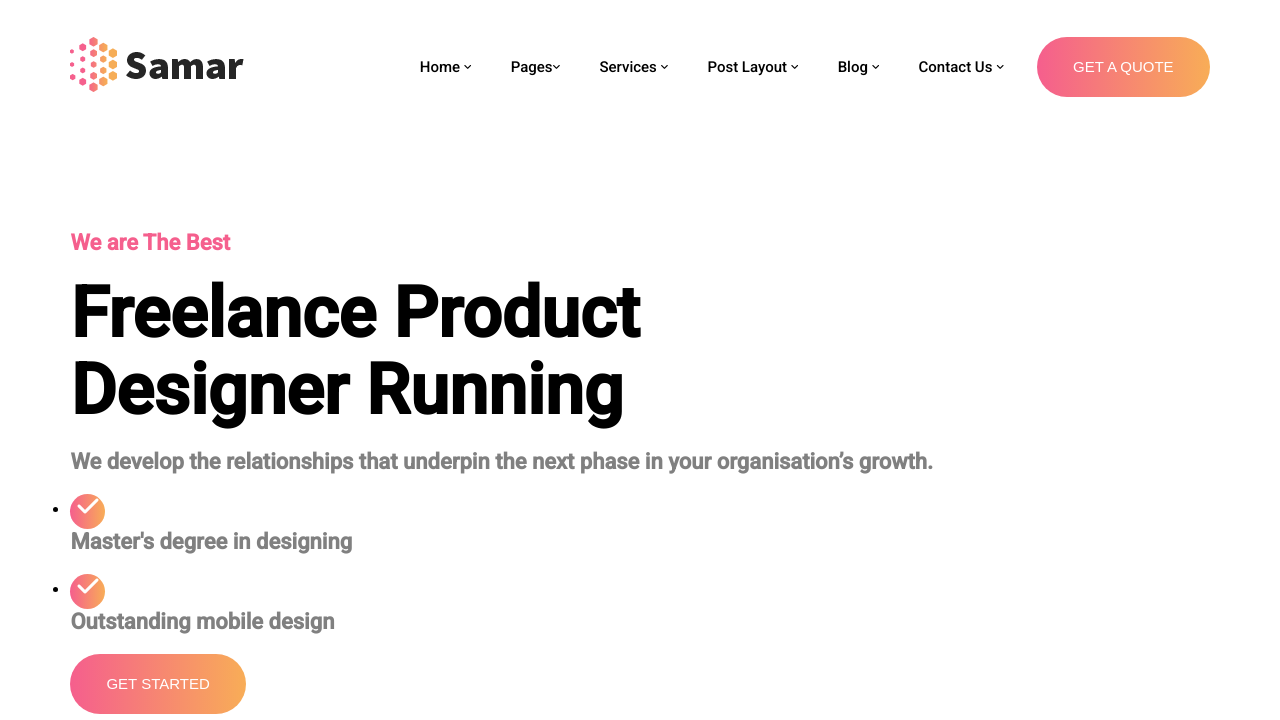
Repository: truongcongtrung2709/truongcongtrung__samar
Page: index.html
An editor plug-in stored every save of this project. The page is shown before and after the next save, followed by the edit.
The browser window is 1280 px wide. The pictures show the whole page.
Some web libraries are served in a nearby version.

Above is the page before, as saved 2022-06-22 21:15:00.

After the next save:
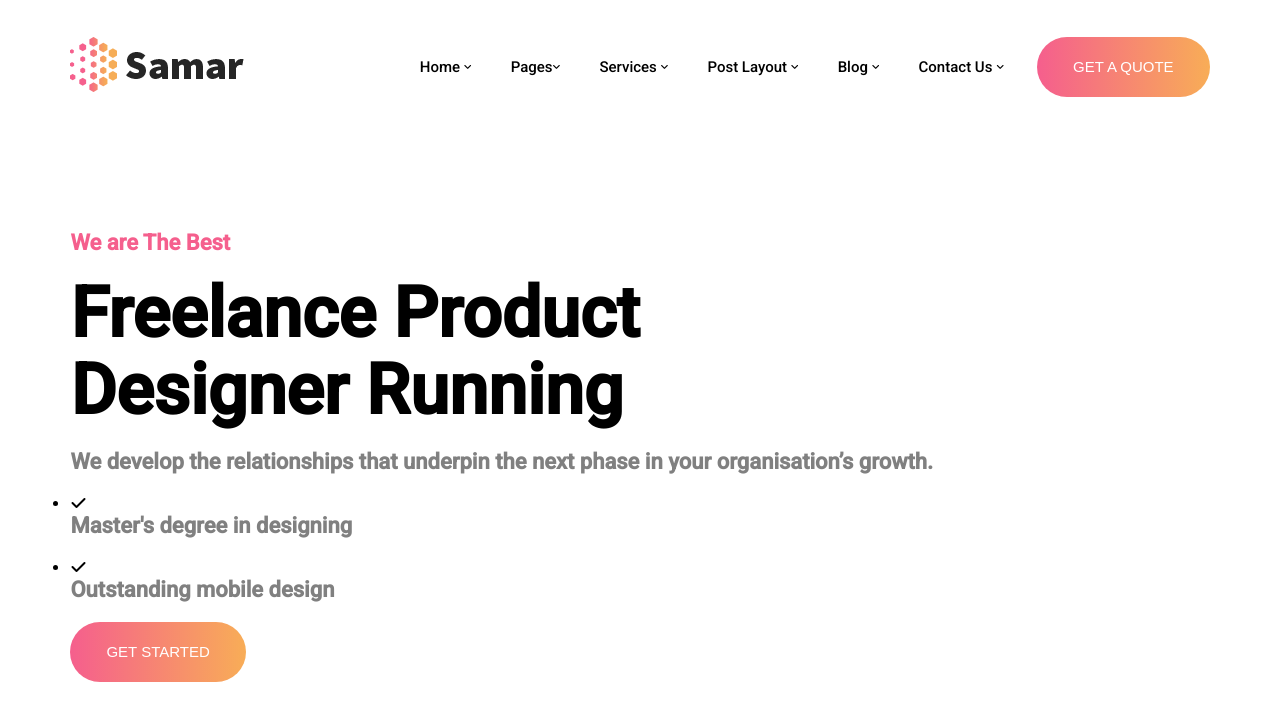
Saved 5 min 10 s later.
--- a/style.css
+++ b/style.css
@@ -43,17 +43,6 @@ p{
     background-position: right center;
 }
 .fa-check{
-    width: 35px;
-    height: 35px;
-    line-height: 35px;
-    text-align: center;
-    background-image: linear-gradient(to right,#f55f8d 0,#f8ae56 51%,#f55f8d 100%);
-    border-radius: 35px;
-    font-size: 24px;
-    color: white;
-    font-weight: 900;
-    background-size: 200%;
-    margin-right: 10px;
 }
 /* ----------------------Header---------------------- */
 header{
